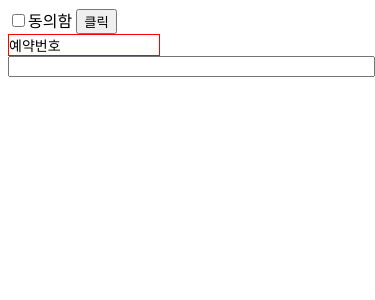
Repository: mekeyace/portfolio
Page: http://localhost/web/check.jsp
The author's editor kept a copy of each file at every save. The page is drawn from the files as they stood at one save, then again after the next save.
The browser window is 375 px wide. The pictures show the whole page.
The page is served by Tomcat 9.

Above is the page before, as saved 2023-06-22 02:41:01.

After the next save:
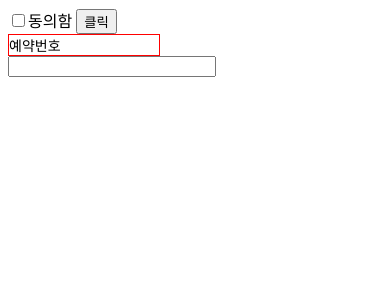
Saved 2 min 55 s later.
--- a/maven/web/src/main/webapp/check.jsp
+++ b/maven/web/src/main/webapp/check.jsp
@@ -15,9 +15,8 @@ box-sizing: border-box;
 */
 @media screen and (min-width:340px) and (max-width:560px){
 .ins {
-width:100%;
-min-width:200px;
-max-width:450px;
+width:200px;
+max-width:100%;
 }
 }
 
